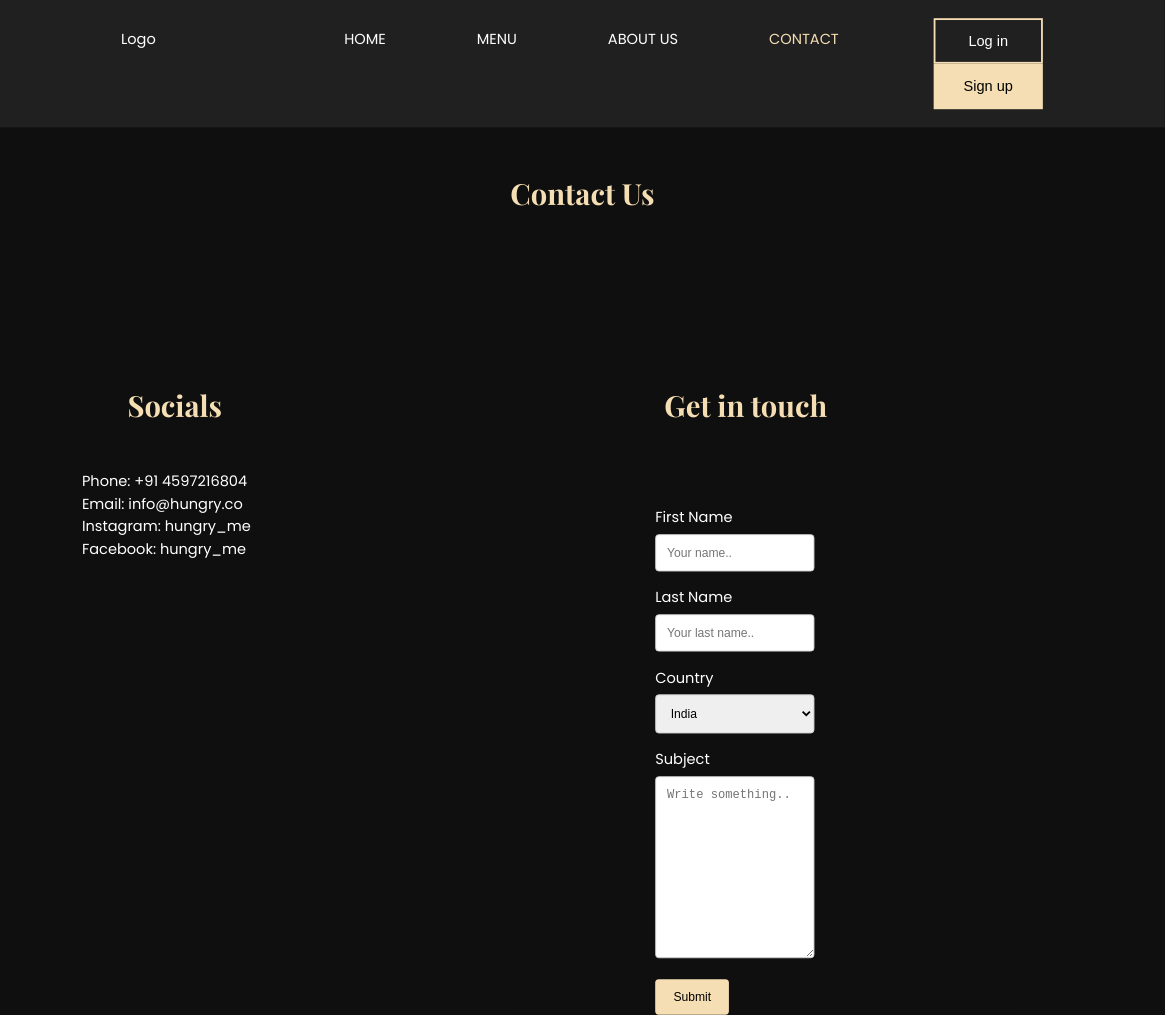
Repository: ThisIsSahaj/NSP
Page: contact.html
The author's editor kept a copy of each file at every save. The page is drawn from the files as they stood at one save, then again after a run of saves.
The browser window is 1280 px wide. The pictures show the whole page, at 91% of full size.

Above is the page before, as saved 2023-12-26 22:56:51.

After the next 2 saves:
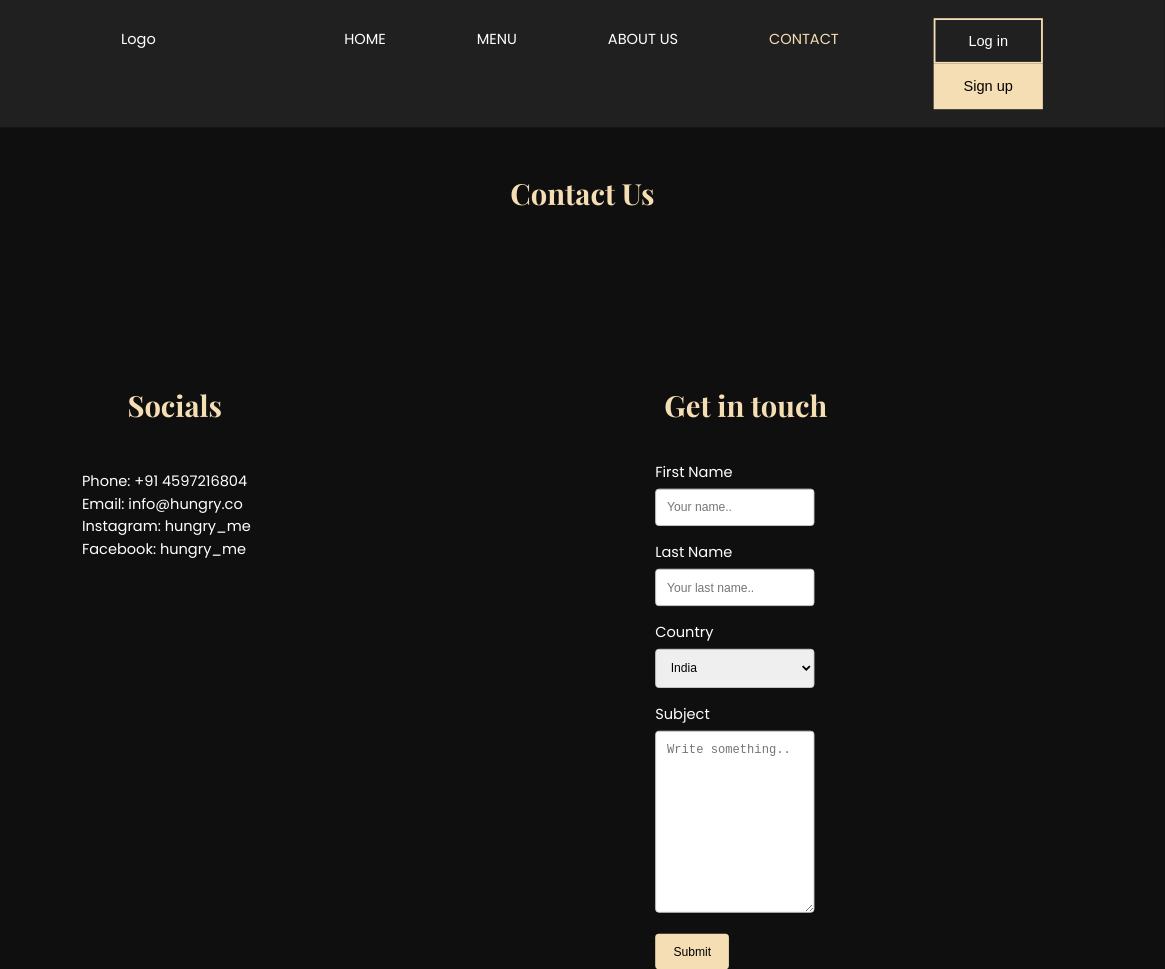
The 2 saves are shown as one change because they came seconds apart.
The last was saved 7 s later.
--- a/contact.html
+++ b/contact.html
@@ -45,7 +45,7 @@
 
        <div>
         <h1 style="color: wheat;">Get in touch</h1>
-        <div class="formContainer" style="margin-top: 30px;">
+        <div class="formContainer" style="margin-top: -50px;">
             <form >
 
               <label for="fname">First Name</label>
